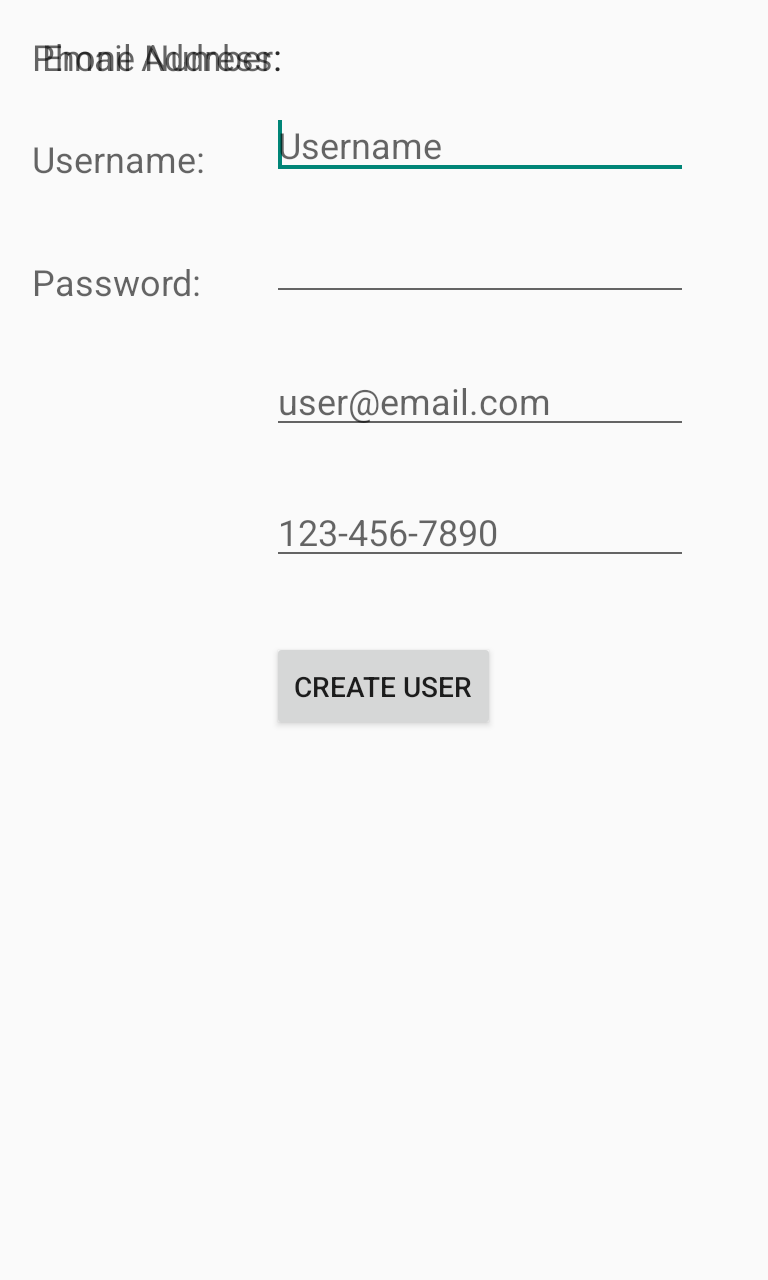
Repository: Sagarsaurus/Ecco
Layout: Ecco/res/layout/activity_create_user.xml
The author's editor kept a copy of each file at every save. The layout is drawn from the files as they stood at one save, then again after the next save.
It is drawn on a 768 x 1280 px phone screen (xhdpi) without system bars, with theme AppTheme; the app's code is not run.

Above is the layout before, as saved 2014-11-16 20:47:20.

After the next save:
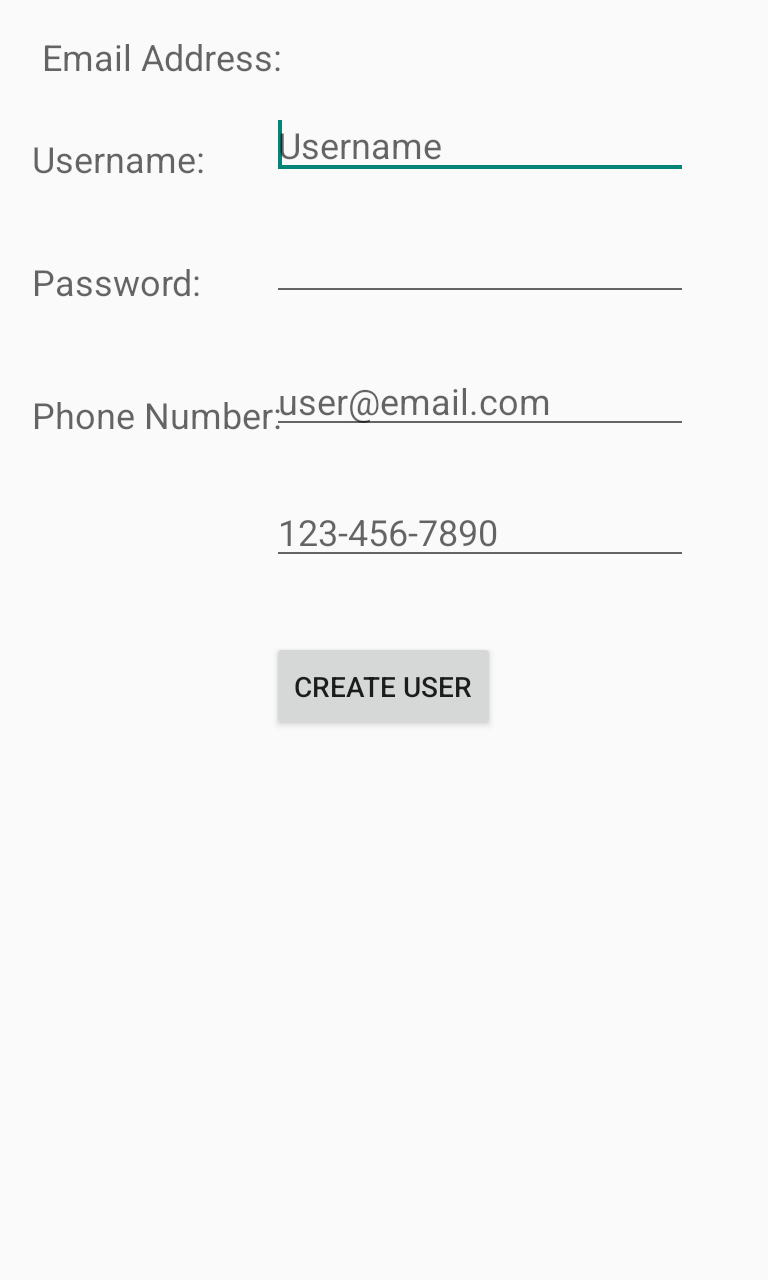
Saved 14 s later.
--- a/Ecco/res/layout/activity_create_user.xml
+++ b/Ecco/res/layout/activity_create_user.xml
@@ -85,7 +85,7 @@
         android:id="@+id/TextView03"
         android:layout_width="wrap_content"
         android:layout_height="wrap_content"
-        android:layout_alignBottom="@+id/EditText01"
+        android:layout_alignBottom="@+id/email"
         android:layout_toLeftOf="@+id/EditText01"
         android:text="Phone Number:"
         android:textAppearance="?android:attr/textAppearanceMedium" />
